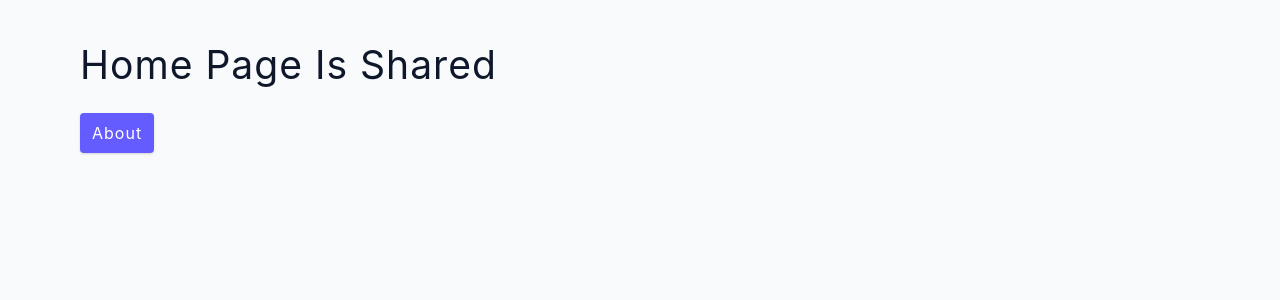
Repository: kennedyowusu/react-router-tutorial
Page: /
An editor plug-in stored every save of this project. The page is shown before and after the next save, followed by the edit.
The browser window is 1280 px wide. The pictures show the whole page.
The project was rebuilt for these pictures with package versions that can differ from the ones it lists, and the page was loaded fresh each time. Also part of the build but not shown: src/pages/About.js, src/pages/Products.js, src/pages/Error.js.

Above is the page before, as saved 2022-12-27 15:46:17.

### src/App.js
import { BrowserRouter, Routes, Route } from "react-router-dom";
import Home from "./pages/Home";
import About from "./pages/About";
import Products from "./pages/Products";
import Error from "./pages/Error";

function App() {
  return (
    <BrowserRouter>
      <Routes>

        <Route path="/" element={<Home />}>
          <Route path="about" element={<About />} />
          <Route path="products" element={<Products />} />
          <Route path="*" element={<Error />} />
        </Route>

      </Routes>
    </BrowserRouter>
  );
}

export default App;

### src/pages/Home.js
import { Link, Outlet } from 'react-router-dom';

const Home = () => {
  return (
    <section className='section'>
      <h2>Home Page is shared</h2>
      <Outlet />
      <Link to='/about' className='btn'> About </Link>
    </section>
  );
};
export default Home;

### src/components/Header.js
import React from 'react'

const Header = () => {
  return (
    <header>
      <h2>This is the header</h2>
    </header>
  )
}

export default Header

### src/components/Navbar.js
import React from 'react'
import { Link } from 'react-router-dom'

const Navbar = () => {
  return (
    <nav className='navbar'>
     <Link to='/'>Home</Link>
     <Link to='/about'>About</Link>
     <Link to='/products'>Products</Link>
    </nav>
  )
}

export default Navbar

Loaded but not shown: public/index.html (common file); src/index.js (common file); src/index.css (common file)

After the next save:
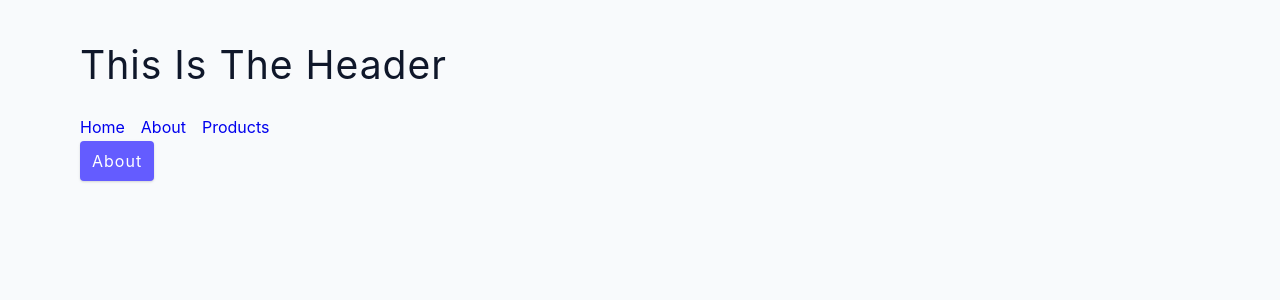
Saved 28 s later.
--- a/src/pages/Home.js
+++ b/src/pages/Home.js
@@ -1,9 +1,12 @@
 import { Link, Outlet } from 'react-router-dom';
+import Header from '../components/Header';
+import Navbar from '../components/Navbar';
 
 const Home = () => {
   return (
     <section className='section'>
-      <h2>Home Page is shared</h2>
+      <Header />
+      <Navbar />
       <Outlet />
       <Link to='/about' className='btn'> About </Link>
     </section>
